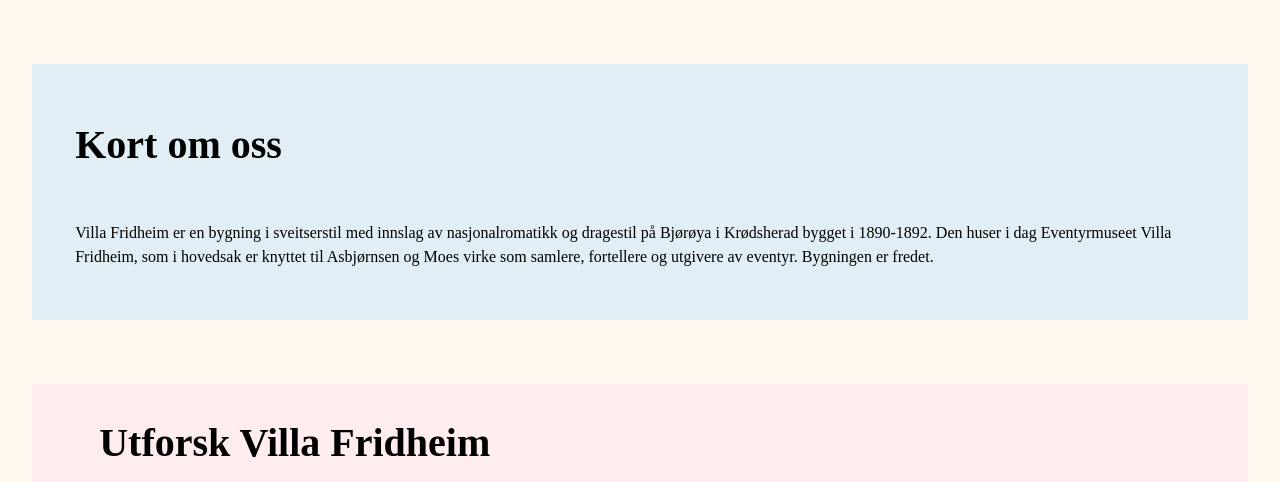
Repository: IdaHolmen/villa-fridheim
Page: index.html
These files come from the project's save history. The page is drawn as it stood at one moment and after the next save; the edit follows.
The browser window is 1280 px wide. The pictures show the part of the page from y = 552 to 1034 px (the page is 1578 px tall before and 1586 px after).
A picture or video elsewhere on the page could not be fetched, so the positions and the page height are approximate. Some web fonts or font styles are not loaded; a fallback is used.

Above is the page before, as saved 2024-10-15 13:24:03.

### index.html
<!DOCTYPE html>
<html lang="en">
    <head>
        <meta charset="UTF-8" />
        <meta name="viewport" content="width=device-width, initial-scale=1.0" />

        <link
            rel="icon"
            type="image/x-icon"
            href="./assets/villa-fridheim-logo.svg"
            alt="Omrisset av et eventyrslott"
        />

        <link rel="stylesheet" type="text/css" href="./css/reset.css" />
        <link rel="stylesheet" type="text/css" href="./css/style.css" />
        <link rel="stylesheet" type="text/css" href="./css/media-queries.css" />
        <title>Villa Fridheim</title>
    </head>

    <body>
        <header>
            <div class="headline-container">
                <img src="./assets/villa-fridheim-logo.svg" alt="Omrisset av et eventyrslott" class="main-logo" />
                <h1 class="main-headline">Villa Fridheim</h1>
            </div>

            <nav class="nav-bar">
                <a href="./src/about.html" class="nav-link">Om muséet</a>
                <a href="./src/info.html" class="nav-link">Åpningstider og priser</a>
                <a href="./src/activities.html" class="nav-link">Aktiviteter og opplevelser</a>
                <a href="./src/booking.html" class="nav-link">Booking</a>
            </nav>
        </header>

        <main class="main-container">
            <section class="hero-section">
                <div class="hero-background">
                    <img
                        src="./assets/ville-fridheim-historic.jpeg"
                        alt="Et gammelt svart-hvitt-bilde av Villa Fridheim"
                        class="hero-image"
                    />
                </div>

                <div class="hero-text-container">
                    <span class="hero-content">Villa</span>
                    <span class="hero-content">Fridheim</span>
                    <span class="hero-content-sub-headline">- en eventyrhistorie</span>
                </div>
            </section>

            <section class="intro-section">
                <div class="intro-container">
                    <h2 class="section-head">Kort om oss</h2>
                    <p>
                        Villa Fridheim er en bygning i sveitserstil med innslag av nasjonalromatikk og dragestil på
                        Bjørøya i Krødsherad bygget i 1890-1892. Den huser i dag Eventyrmuseet Villa Fridheim, som i
                        hovedsak er knyttet til Asbjørnsen og Moes virke som samlere, fortellere og utgivere av eventyr.
                        Bygningen er fredet.
                    </p>
                </div>
            </section>

            <section class="link-section">
                <div class="link-container-headline">
                    <h2 class="section-head">Utforsk Villa Fridheim</h2>
                </div>
                <div class="link-container">
                    <a href="./src/about.html" class="navigation-container">
                        <img
                            src="./assets/faded-image-outside.jpeg"
                            alt="Et gult hus i sveitserstil"
                            class="link-image"
                        />
                        <h3 class="link-sub-headline">Om muséet</h3>
                        <p>Lær mer om historien til Villa Fridheim</p>
                    </a>
                    <a href="./src/info.html" class="navigation-container">
                        <img
                            src="./assets/inside-view2.jpg"
                            alt="Et gang i mørkt treverk med eventyrmotiver på veggen"
                            class="link-image"
                        />
                        <h3 class="link-sub-headline">Åpningstider og Priser</h3>
                        <p>Mer informasjon om ankomst finnes også her</p>
                    </a>
                    <a href="./src/activities.html" class="navigation-container">
                        <img src="./assets/kajakk.jpg" alt="To personer i hver sin kajakk" class="link-image" />
                        <h3 class="link-sub-headline">Aktiviteter</h3>
                        <p>Mer informasjon om hvilke aktiviteter vi tilbyr</p>
                    </a>
                    <a href="./src/booking.html" class="navigation-container">
                        <img
                            src="./assets/troll.jpeg"
                            alt="Et barn som holder hender med et troll"
                            class="link-image"
                        />
                        <h3 class="link-sub-headline">Booking</h3>
                        <p>Book aktiviteter eller omvisninger</p>
                    </a>
                </div>
            </section>
        </main>

        <footer class="footer-front-page">
            <h3>Kontaktinformasjon:</h3>
            <p>
                E-post:
                <a href="" id="email-element">villafridheim@museer.no</a>
            </p>
            <p>Telefon: 12345678</p>
        </footer>
    </body>
</html>

### css/reset.css
*, *::before, *::after {
	box-sizing: border-box;
  }

* {
	margin: 0;
	padding: 0;
}

body {
	line-height: 1.5;
	-webkit-font-smoothing: antialiased;
}

img, picture, video, canvas, svg {
	display: block;
	max-width: 100%;
}

input, textarea, select {
	font: inherit;
}

p, h1, h2, h3, h4, h5, h6 {
	overflow-wrap: break-word;
}

#root, #__next {
	isolation: isolate;
}

button {
	font: inherit;
	background: transparent;
	border: none;
	cursor: pointer;
	touch-action: manipulation;
}

a {
	color: inherit;
	text-decoration: none;
}

### css/style.css
@import url('https://fonts.googleapis.com/css2?family=Caudex:ital,wght@0,400;0,700;1,400;1,700&display=swap');

:root {
    --primary-color: #fff9ef;
    --secondary-color: #1d3d23;
}

/* BODY STYLING */
body {
    height: 100vh;
    width: 100%;
    display: flex;
    flex-direction: column;
    background-color: var(--primary-color);
    font-family: 'Caudex', 'Times New Roman', Times, serif;
}

/* HEADER STYLING */
header {
    display: flex;
    flex-direction: row;
    justify-content: center;
    align-items: center;
    background: var(--primary-color);
    color: var(--secondary-color);
    flex-basis: 10%;
}

.headline-container {
    flex-basis: 25%;
    display: flex;
    justify-content: center;
    align-items: center;
    flex-direction: row;
}

.main-headline {
    font-size: 1.75rem;
}

.main-logo {
    height: 35px;
    width: 35px;
    margin-right: 0.5rem;
}

.nav-bar {
    flex-basis: 85%;
    display: flex;
    justify-content: space-around;
    flex-direction: row;
    text-align: center;
    margin: 0;
}

.nav-link {
    text-decoration: none;
    color: black;
    padding: 0.5rem 1.5rem;
    font-weight: bold;
    margin: 1rem;
    border-radius: 5px;
    display: flex;
    transition: transform 0.2s ease-in-out;
}

.nav-link:hover {
    box-shadow: rgba(149, 157, 165, 0.2) 0px 8px 24px;
    transform: scale(1.1);
}

.nav-link:active {
    background-color: #e3e3e3;
}

#home-symbol {
    margin-right: 0.5rem;
    width: 25px;
    height: 25px;
}

/* FRONT PAGE STYLING */
.hero-section {
    position: relative;
    height: 30rem;
    width: 100%;
}

.hero-background {
    width: 100%;
    height: 30rem;
    object-fit: contain;
}

.hero-image {
    width: 100%;
    height: 30rem;
    object-fit: cover;
}

.hero-text-container {
    position: absolute;
    top: 0;
    left: 70%;
    width: 30%;
    height: 60%;
    color: var(--primary-color);
    display: flex;
    flex-direction: column;
}

.hero-content {
    font-size: 4.5rem;
    font-weight: bold;
}

.hero-content-sub-headline {
    font-size: 2rem;
    font-weight: bold;
    font-style: italic;
}

.section-headline {
    font-size: 1.5rem;
    margin: 1rem 0;
}

.main-container {
    flex-basis: 85%;
    display: flex;
    flex-direction: column;
    align-items: center;
}

.about-section {
    width: 100%;
    height: 100%;
    display: flex;
}

.about-text {
    flex-basis: 50%;
    display: flex;
    flex-direction: column;
    justify-content: center;
    padding: 24px;
}

.about-text > p {
    margin: 0.5rem 0;
}

.image-container {
    flex-basis: 50%;
}

.about-image {
    height: 100%;
    object-fit: cover;
}

.link-section {
    width: 95%;
    background-color: #ffeded;
    margin-top: 4rem;
    display: flex;
    flex-direction: column;
    align-items: center;
}

.link-container-headline {
    width: 95%;
    flex-basis: 10%;
    margin: 1rem 1rem 1rem 4rem;
    padding: 0.8rem;
}

.section-head {
    font-size: 2.5rem;
}

.link-container {
    flex-basis: 90%;
    width: 95%;
    display: flex;
    justify-content: space-around;
    align-items: center;
}

.navigation-container {
    height: 22rem;
    width: 18rem;
    margin: 1rem 1rem 2rem 1rem;
    display: flex;
    padding: 0.8rem;
    flex-direction: column;
    transition: transform 0.2s ease-in-out;
}

.navigation-container:hover {
    transform: scale(1.1);
}

.link-sub-headline {
    font-size: 1.2rem;
}

.link-image {
    object-fit: cover;
    padding: 0;
    min-height: 70%;
    margin-bottom: 0.5rem;
}

.footer-front-page {
    background-color: var(--secondary-color);
    color: var(--primary-color);
    flex-basis: 5%;
    display: flex;
    flex-direction: row;
    justify-content: space-around;
    padding: 1rem;
    font-size: 1rem;
    margin-top: 4rem;
}

/* STYLING FOR THE INTRO SECTION */
.intro-section {
    width: 95%;
    height: 16rem;
    background-color: #e2eef5;
    margin-top: 4rem;
    display: flex;
    flex-direction: column;
    align-items: center;
}

.intro-container {
    flex-basis: 90%;
    width: 95%;
    display: flex;
    flex-direction: column;
    justify-content: space-around;
    margin: 2rem;
    padding: 0.8rem;
    margin: 1rem 4rem 1rem 4rem;
}

/* STYLING FOR INFO PAGE */
.main-info-container {
    flex-basis: 85%;
    display: flex;
    flex-direction: column;
    align-items: center;
}

.info-text-container {
    flex-basis: 50%;
    height: 100%;
    padding: 24px;
}

.info-image-container {
    flex-basis: 50%;
    height: 100%;
    padding: 24px;
    display: flex;
    align-items: center;
    justify-content: center;
}

.opening-hours-section,
.directions-section,
.prices-section {
    margin-bottom: 1rem;
}

.hours,
.price-element {
    margin: 1rem 0;
}

.price-element {
    width: 90%;
    display: flex;
    flex-direction: row;
    align-items: center;
    justify-content: space-between;
    font-size: 1rem;
}

/* STYLING FOR ACTIVITIES PAGE */
#home-button {
    display: flex;
    align-items: center;
}

.main-activities-container {
    flex-basis: 85%;
    display: flex;
    flex-direction: column;
    align-items: center;
}

.activities-section,
.experiences-section {
    display: flex;
    flex-direction: row;
}

.activities,
.experiences {
    display: flex;
    flex-direction: column;
}

.activities > p,
.experiences > p {
    margin: 0.5rem 0;
}

.bold-text {
    font-weight: 900;
    margin: 0.5rem 0;
}

.illustration-image {
    width: 100%;
    border-radius: 3%;
}

#illustration-image-long {
    width: 90%;
    border-radius: 3%;
}

/* FOOTER */
footer {
    background-color: var(--secondary-color);
    color: var(--primary-color);
    flex-basis: 5%;
    display: flex;
    flex-direction: row;
    justify-content: space-around;
    padding: 1rem;
    font-size: 1rem;
}

a#email-element {
    text-decoration: underline;
}

/* STYLING FOR BOOKING PAGE */
.main-headline-booking {
    color: var(--primary-color);
}

.nav-link-booking {
    color: var(--primary-color);
    text-decoration: none;
    padding: 0.5rem 1.5rem;
    font-weight: bold;
    margin: 1rem;
    border-radius: 5px;
    display: flex;
    transition: transform 0.2s ease-in-out;
}

.nav-link-booking:hover {
    box-shadow: rgba(149, 157, 165, 0.2) 0px 8px 24px;
    transform: scale(1.1);
}

.booking-page-main {
    background-position: center;
    background-image: url('../assets/forest3.jpg');
    background-repeat: no-repeat;
    background-size: cover;
    background-attachment: fixed;
}

.booking-header {
    backdrop-filter: blur(60px);
    background: transparent;
}

.booking-container {
    flex-basis: 85%;
    width: 100%;
    display: flex;
    justify-content: center;
    flex-direction: column;
    align-items: center;
    background-color: rgba(0, 0, 0, 0.2);
}

.booking-form {
    position: relative;
    color: var(--primary-color);
    display: flex;
    flex-direction: column;
    align-items: center;
    height: 100%;
    width: 26rem;
    margin: 2rem;
    padding: 1rem;
    border: 2px solid #b5afaf;
    border-radius: 15px;
    backdrop-filter: blur(25px);
}

.input-field {
    width: 85%;
    height: 55px;
    color: var(--primary-color);
    background: transparent;
    padding-inline: 20px 54px;
    border-radius: 30px;
    border: 2px solid #b5afaf;
    outline: none;
    margin: 1rem 0;
}

.input-field:focus::placeholder {
    color: transparent;
}

#select-field {
    appearance: none;
    width: 85%;
    height: 55px;
    color: var(--primary-color);
    background: transparent;
    padding-inline: 20px;
    border-radius: 30px;
    border: 2px solid #b5afaf;
    cursor: pointer;
    outline: none;
    background-image: linear-gradient(45deg, transparent 50%, #fff5e1 50%),
        linear-gradient(135deg, #fff5e1 50%, transparent 50%);
    background-position: calc(100% - 20px) calc(1.3rem + 2px), calc(100% - 15px) calc(1.3rem + 2px);
    background-size: 5px 5px, 5px 5px, 1px 1.5em;
    background-repeat: no-repeat;
    margin: 1rem 0;
}

#comment-input {
    width: 85%;
    height: 6rem;
    color: var(--primary-color);
    background: transparent;
    border-radius: 10px;
    border: 2px solid #b5afaf;
    outline: none;
    padding-inline: 20px;
    margin: 1rem 0;
}

::placeholder {
    color: var(--primary-color);
}

#comment-input:focus::placeholder {
    color: transparent;
}

#submit-button {
    background-color: var(--primary-color);
    width: 8rem;
    padding: 0.5rem 1.5rem;
    font-weight: bold;
    border-radius: 30px;
    transition: transform 0.2s ease-in-out;
    margin: 0.5rem 0;
}

#submit-button:hover {
    background-color: #ffe8ba;
    transform: scale(1.1);
}

#submit-button:active {
    background-color: #d4d4d4;
}

#booking-footer {
    backdrop-filter: blur(25px);
    background: transparent;
}

### css/media-queries.css
@media screen and (max-width: 1000px) {
    header {
        flex-direction: column;
    }

    .nav-bar {
        align-items: center;
    }

    .nav-link {
        max-width: 16rem;
        margin: 0.5rem;
    }

    .hero-section {
        height: 45rem;
        background-color: var(--secondary-color);
    }

    .hero-text-container {
        top: 68%;
        left: 10%;
        width: 80%;
        height: 30%;
    }

    .hero-content {
        font-size: 3.5rem;
    }

    .about-section {
        flex-direction: column;
        align-items: center;
    }

    .main-info-container {
        flex-direction: column;
    }

    .activities-section {
        flex-direction: column;
    }

    .experiences-section {
        flex-direction: column-reverse;
    }

    .illustration-image {
        width: 70%;
    }

    #illustration-image-long {
        width: 60%;
    }

    .link-container {
        width: 70%;
        flex-wrap: wrap;
    }
}

@media screen and (max-width: 930px) {
    .link-container {
        width: 80%;
    }

    .navigation-container {
        width: 15rem;
        height: 18rem;
    }
}

@media screen and (max-width: 700px) {
    .footer,
    .footer-front-page {
        flex-direction: column;
        align-items: center;
    }

    .nav-bar {
        flex-direction: column;
    }

    .link-section,
    .intro-section {
        width: 100%;
    }

    .illustration-image {
        width: 100%;
    }

    #illustration-image-long {
        width: 80%;
    }

    .link-container {
        width: 100%;
    }
}

@media screen and (max-width: 500px) {
    .booking-form {
        width: 20rem;
    }

    .hero-content-sub-headline {
        font-size: 1.5rem;
    }

    .intro-section {
        height: 20rem;
    }
}

After the next save:
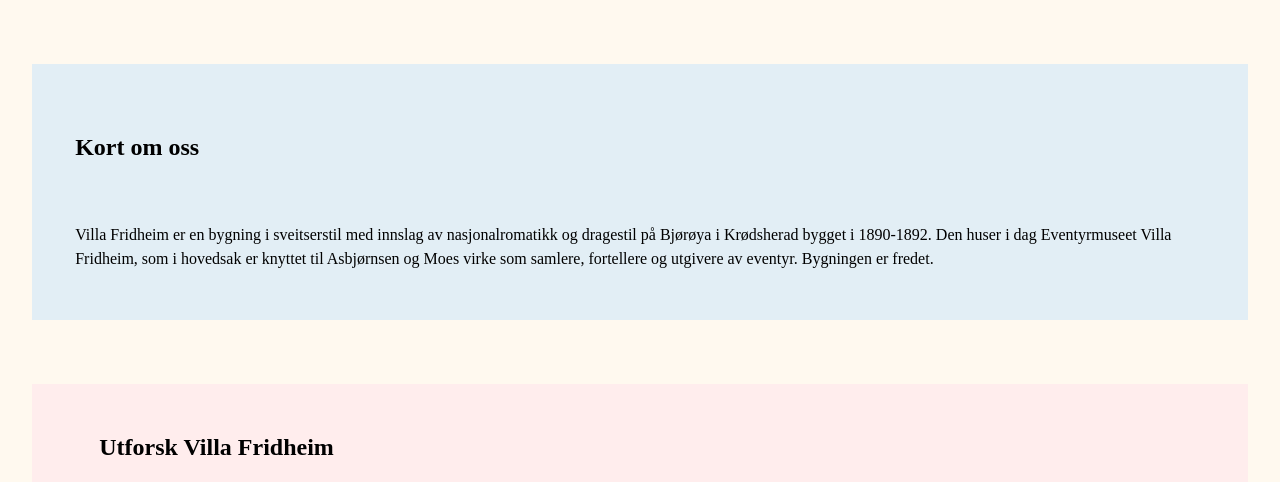
Saved 48 s later.
--- a/index.html
+++ b/index.html
@@ -51,7 +51,7 @@
 
             <section class="intro-section">
                 <div class="intro-container">
-                    <h2 class="section-head">Kort om oss</h2>
+                    <h2 class="section-headline">Kort om oss</h2>
                     <p>
                         Villa Fridheim er en bygning i sveitserstil med innslag av nasjonalromatikk og dragestil på
                         Bjørøya i Krødsherad bygget i 1890-1892. Den huser i dag Eventyrmuseet Villa Fridheim, som i
@@ -63,7 +63,7 @@
 
             <section class="link-section">
                 <div class="link-container-headline">
-                    <h2 class="section-head">Utforsk Villa Fridheim</h2>
+                    <h2 class="section-headline">Utforsk Villa Fridheim</h2>
                 </div>
                 <div class="link-container">
                     <a href="./src/about.html" class="navigation-container">

After the save that followed:
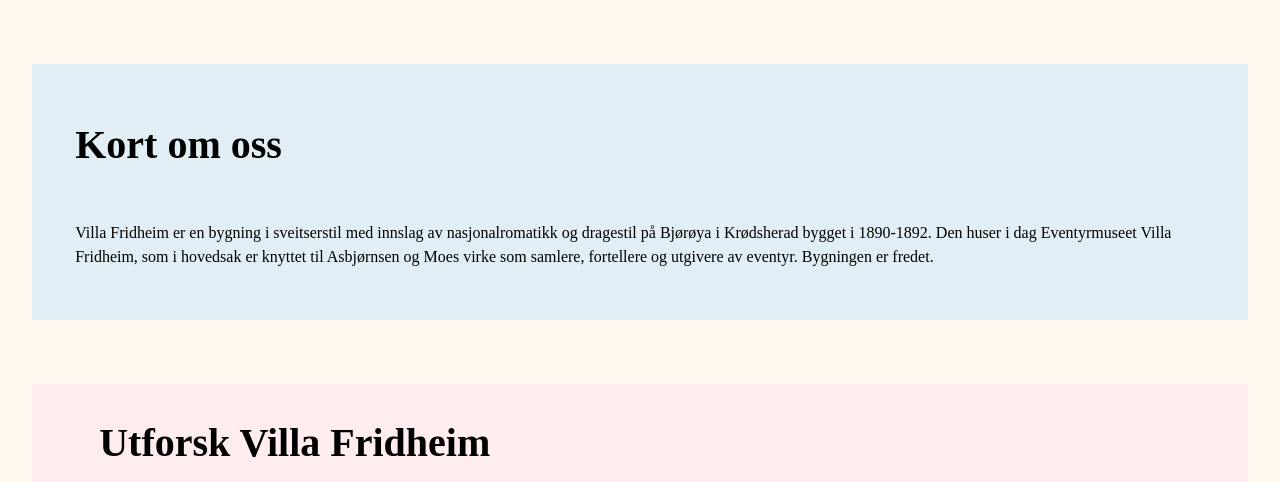
Saved 40 s later.
--- a/css/style.css
+++ b/css/style.css
@@ -120,11 +120,6 @@
     font-style: italic;
 }
 
-.section-headline {
-    font-size: 1.5rem;
-    margin: 1rem 0;
-}
-
 .main-container {
     flex-basis: 85%;
     display: flex;
@@ -175,7 +170,7 @@
     padding: 0.8rem;
 }
 
-.section-head {
+.section-headline {
     font-size: 2.5rem;
 }
 
